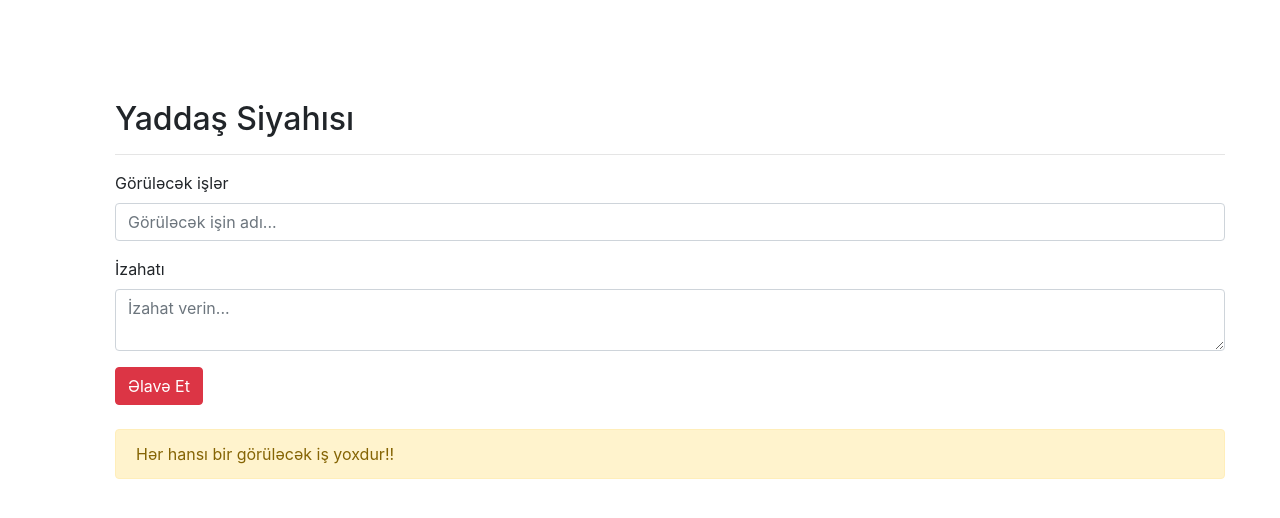
Repository: elvinyeka/ToDoApp
Page: http://localhost/
An editor plug-in stored every save of this project. The page is shown before and after the next save, followed by the edit.
The browser window is 1280 px wide. The pictures show the whole page.
Some web libraries are served in a nearby version. The page is served by the project's application, run on Flask 3 (todo.py). Queries for data that is not in the repository find no rows.

Above is the page before, as saved 2020-09-27 22:52:55.

### templates/index.html
<!DOCTYPE html>
<html lang="en">

<head>
    <meta charset="UTF-8">
    <meta name="viewport" content="width=device-width, initial-scale=1.0">
    <link rel="stylesheet" href="https://maxcdn.bootstrapcdn.com/bootstrap/4.0.0/css/bootstrap.min.css" integrity="sha384-Gn5384xqQ1aoWXA+058RXPxPg6fy4IWvTNh0E263XmFcJlSAwiGgFAW/dAiS6JXm" crossorigin="anonymous">
    <title>ToDoApp</title>
</head>

<body>
    <div style="margin: 100px;" class="container">
        <h2>Yaddaş Siyahısı</h2>
        <hr>
        <form action="/add" method="POST">
            <div class="form-group">
                <label for="todolist">Görüləcək işlər</label>
                <input type="text" name="title" class="form-control" id="todolist" placeholder="Görüləcək işin adı...">
            </div>
            <div class="form-group">
                <label for="explanation">İzahatı</label>
                <textarea type="text" name="content" class="form-control" id="explanation" placeholder="İzahat verin..."></textarea>
            </div>

            <button type="submit" class="btn btn-danger">Əlavə Et</button>
        </form>
        <br> {% if todos == [] %}

        <div class="alert alert-warning">
            Hər hansı bir görüləcək iş yoxdur!!
        </div>

        {% else %}

        <table class="table table-hover">
            <thead class="table-danger">
                <tr>
                    <th scope="col">id</th>
                    <th scope="col">Başlıq</th>
                    <th scope="col">İzahı</th>
                    <th scope="col">Vəziyyəti</th>
                    <th scope="col">Tamamlama</th>
                    <th scope="col">Silmə</th>
                </tr>
            </thead>
            <tbody>
                {% for todo in todos %}
                <tr>
                    <th scope="row">{{todo.id}}</th>
                    <td><a href="/detail/{{todo.id}}">{{todo.title}}</a></td>
                    <td>{{todo.content}}</td>
                    {% if todo.complete == False %}
                    <td>Tamamlanmayıb!</td>
                    {% else %}
                    <td>Tamamlanıb!</td>
                    {% endif %}
                    <td>
                        <a href="/complete/{{todo.id}}" class="btn btn-danger">Tamamla</a>
                    </td>
                    <td>
                        <a href="/delete/{{todo.id}}" class="btn btn-danger">Sil</a>
                    </td>
                </tr>
                {% endfor %}
            </tbody>
        </table>

        {% endif %}


    </div>


    <script src="https://code.jquery.com/jquery-3.2.1.slim.min.js" integrity="sha384-KJ3o2DKtIkvYIK3UENzmM7KCkRr/rE9/Qpg6aAZGJwFDMVNA/GpGFF93hXpG5KkN" crossorigin="anonymous"></script>
    <script src="https://cdnjs.cloudflare.com/ajax/libs/popper.js/1.12.9/umd/popper.min.js" integrity="sha384-ApNbgh9B+Y1QKtv3Rn7W3mgPxhU9K/ScQsAP7hUibX39j7fakFPskvXusvfa0b4Q" crossorigin="anonymous"></script>
    <script src="https://maxcdn.bootstrapcdn.com/bootstrap/4.0.0/js/bootstrap.min.js" integrity="sha384-JZR6Spejh4U02d8jOt6vLEHfe/JQGiRRSQQxSfFWpi1MquVdAyjUar5+76PVCmYl" crossorigin="anonymous"></script>
</body>

</html>

### todo.py
from flask import Flask,render_template,request,redirect,url_for
from flask_sqlalchemy import SQLAlchemy

app = Flask(__name__)
app.config['SQLALCHEMY_DATABASE_URI'] = 'sqlite:////Users/Elvin/Desktop/ToDoApp/todo.db'
db = SQLAlchemy(app)

@app.route("/")
def index():
    todos = Todo.query.all()

    return render_template("index.html",todos = todos)

@app.route("/add", methods=["POST"])
def addTodo():
    title = request.form.get("title")
    content = request.form.get("content")

    newTodo = Todo(title=title,content=content, complete=False)

    db.session.add(newTodo)
    db.session.commit()
    return redirect(url_for("index"))

@app.route("/complete/<string:id>")
def completeTodo(id):
    todo = Todo.query.filter_by(id=id).first()
    if (todo.complete == False):
        todo.complete = True
    else:
        todo.complete = False

    db.session.commit()
    return redirect(url_for("index"))

@app.route("/delete/<string:id>")
def deleteTodo(id):
    todo = Todo.query.filter_by(id=id).first()
    db.session.delete(todo)
    db.session.commit()
    return redirect(url_for("index"))

@app.route("/detail/<string:id>")
def detailTodo(id):
    todo = Todo.query.filter_by(id=id).first()

    return render_template("detail.html",todo = todo)

class Todo(db.Model):

    id = db.Column(db.Integer,primary_key=True)
    title = db.Column(db.String(80))
    content = db.Column(db.Text)
    complete = db.Column(db.Boolean)


if __name__ == "__main__":
    app.run(debug=True)

After the next save:
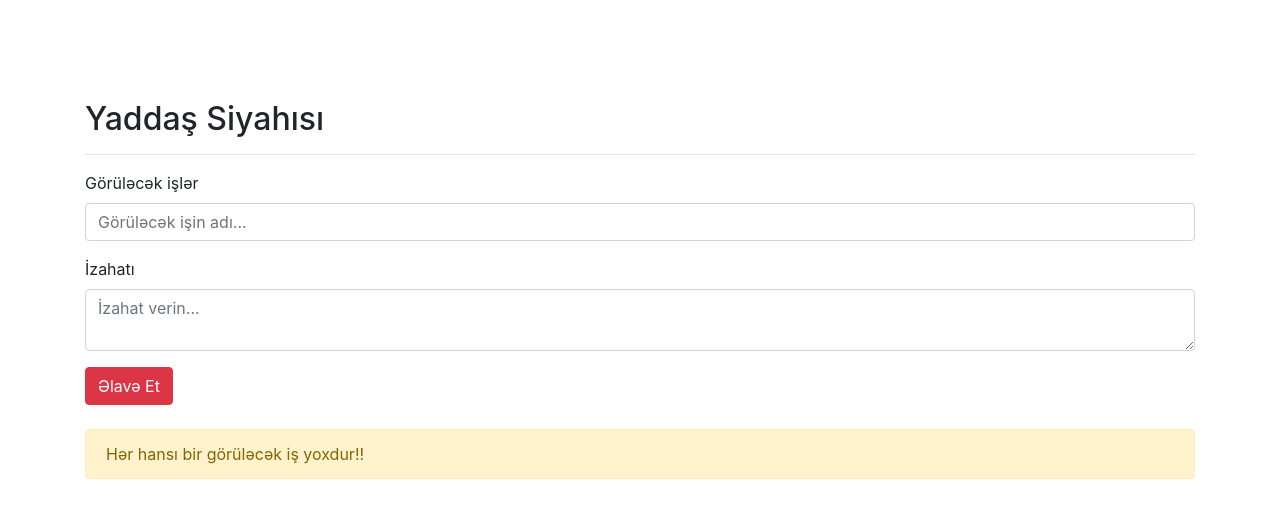
Saved 74 s later.
--- a/templates/index.html
+++ b/templates/index.html
@@ -9,7 +9,7 @@
 </head>
 
 <body>
-    <div style="margin: 100px;" class="container">
+    <div style="margin-top: 100px;" class="container">
         <h2>Yaddaş Siyahısı</h2>
         <hr>
         <form action="/add" method="POST">
